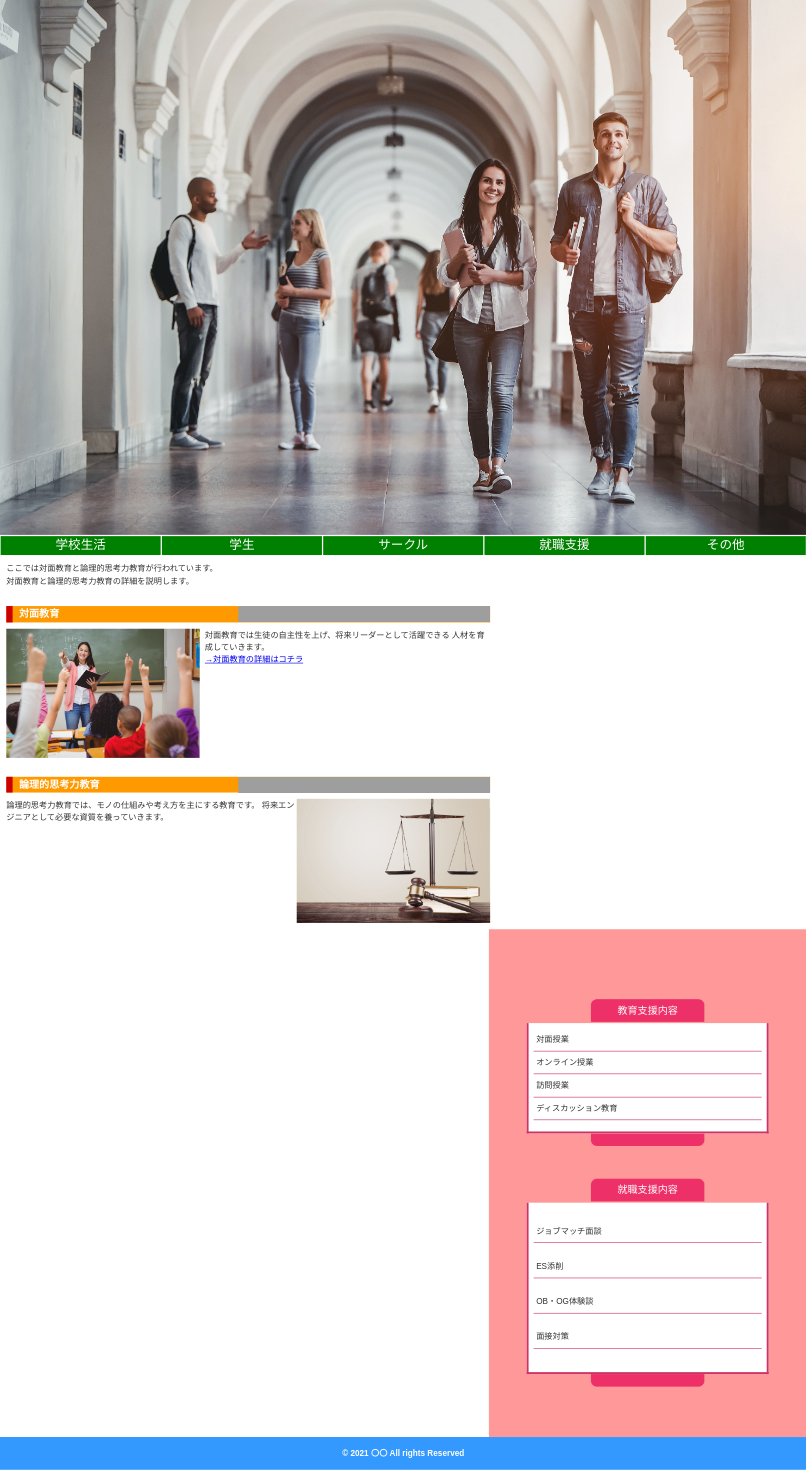
Repository: Ossan-gon/samurai_HTML-CSS
Page: home.html
The author's editor kept a record of every edit. The page is drawn from the files as they stood at one moment, then again after the next edit.
The browser window is 1280 px wide. The pictures show the whole page, at 63% of full size.
Pictures or frames that could not be fetched are drawn as grey boxes.

Above is the page before.

### home.html
<!DOCTYPE html>
<html lang="ja">
<head>
    <meta charset="UTF-8">
    <title>HTML/CSSの練習2</title>
    <link rel="stylesheet" href="stylesheet.css">
    <style>
        #responsive-img {
            height: auto;
            width:80vw;
        }
        header {
            background-color: red;
        }
        .size {
            position: relative;
            top: -5px;
        }
        .sort {
            display: inline-block;
        }
    </style>
</head>
 <body class="size">
  <div id="wrapper">
   <div id="header">
      <h1><a href="index.html"> <img id="corridor" src="images/corridor.jpg" alt="大学の廊下" /></a></h1>
   </div>
    <div  id="nav">
    　 <ul>
        <li><a href="home.html">学校生活</a></li>
        <li><a href="#">学生</a></li>
        <li><a href="#">サークル</a></li>
        <li><a href="#">就職支援</a></li>
        <li><a href="#">その他</a></li>
       </ul>
    </div>
    <div id="container">
        <div id="main">
            <div class="post">
                <p>ここでは対面教育と論理的思考力教育が行われています。<br/>対面教育と論理的思考力教育の詳細を説明します。</p>
            </div>
            <div class="post clearfix">
                <h2>対面教育</h2>
                <img class="left" src="images/classroom.jpg" alt="授業風景" />
                <p>
                    対面教育では生徒の自主性を上げ、将来リーダーとして活躍できる
                    人材を育成していきます。
                </p>
                <p><a href="#">→対面教育の詳細はコチラ</a></p>
            </div class="post clearfix">
                <h2>論理的思考力教育</h2>
                <img class="right" src="images/scale.jpg" alt="天秤" />
                <p>
                    論理的思考力教育では、モノの仕組みや考え方を主にする教育です。
                    将来エンジニアとして必要な資質を養っていきます。
                </p>
        </div>
       <div id="side">
           <div class="box">
               <h2>教育支援内容</h2>
                    <div class="boxBody">
                        <ul>
                            <li>対面授業</li>
                            <li>オンライン授業</li>
                            <li>訪問授業</li>
                            <li>ディスカッション教育</li>
                        </ul>
                    </div>
           </div>
           <div class="box">
               <h2>就職支援内容</h2>
                    <div class="boxBody">
                        <ul>
                    　　  <li>ジョブマッチ面談</li>
                    　　  <li>ES添削</li>
                    　　  <li>OB・OG体験談</li>
                    　　  <li>面接対策</li>
                        </ul>
                　　</div>
           </div>

       </div>
    </div>
 </div>
  <div id="footer">
  <p>&copy; 2021 〇〇 All rights Reserved</p>
 </div>
 </body>
</html>

### stylesheet.css
@charset "utf-8";

/*-------------bodu部分-------------------------------------------------------------------------------------------------------*/
body {
      margin: 0;
      padding: 0;
      font-family: "ヒラギノ角ゴ Pro W3", "Hiragino Kaku Gothic Pro", "メイリオ","Meiryo, Osaka", "ＭＳ Ｐゴシック", "MS PGothic", sans-serif;
      color: #333;
      font-size: 13px;
      line-height: 150%;
}

/*---------------wrapper部分--------------------------------------------------------------------------------------------------*/
#wrapper {
    width: 100%;
    margin: 0;
    padding: 0px;
    border: 0px;
    background-color: #FFF;
    top: 0px;
    position: relative;
}
/*-----------headerサイズ部分---------------------------------------*/
#header {
 	width: 100%;
 }
 #header h1 {
 	 margin: 0;
 	 margin-bottom: -20px;
	 padding: 0;
}

 #corridor {
	 width: 100%;
	 height: auto;
}
/*----------footer--------------------------------------------*/
#footer {
    clear: both;
    width: 100%;
    padding: 3px 0 3px 0;
    background: #39F;
    color: #FFF;
    font-weight: bold;
    text-align: center;
}
/*------------nav---------------------------------------------*/
#nav {
    width: 100%;
}

#nav ul {
    margin: 0;
    padding: 0;
    list-style-type: none;
}

#nav ul li {
    float: left;
    width: 20%;
    text-align: center;
}

#nav ul li a {
    display: block;
    height: 20px;
    margin: 1px;
    padding: 5px;
    color: #FFF;
    font-size: 20px;
    text-decoration: none;
    background-color: green;

}

#nav ul li a:hover {
    filter: drop-shadow(10px 10px 10px black);
}
/*-------------container-------------------------------------------------*/
#container {
    width: 100%;
    margin: auto;
    padding: auto;
    padding-top: 1px;
    clear: both;
}
/*---------------main-----------------------------------------------------*/
#main {
    float: left;
    width: 60%;
    padding: 10px 30px 10px 10px;
}

#main h2{
    margin: 0 0 10px 0;
    padding: 3px 10px 3px 10px;
    color: #FFF;
    font-size: 16px;
    border-left: solid 10px #C00;
    background: #F90 url(../images/main_h2.jpg) right top repeat-y;
}

#main p{
    margin: 0;
    padding: 0;
}

#main .post{
    margin: 0 0 30px 0;
}

#main .post img.right {
    margin: 0 0 0 8px;
}

#main .post img.left {
    margin: 0 8px 0 0;
}

.right {
    float: right;
    width: 40%;
    height: auto;
}

.left {
    float: left;
    width: 40%;
    height: auto;
}
/*-----------clearfix-----------------------------------*/
.clearfix {
    zoom: 1;
}

.clearfix:after {
    content: "";
    display: block;
    clear: both;
}
/*-----------------------side-----------------------------*/
#side {
    float: right;
    width: 30%;
    padding: 60px;
    background-color: #F99;
}
#side .box {
    margin: 0 0 20px 0;
    padding: 0 0 20px 0;
    background: url(images/side_box.png) bottom no-repeat;
}
#side .box h2 {
    margin-top: 50px;
    margin-bottom: 0px;
    padding: 10px;
    text-align: center;
    color: #fff;
    font-size: 16px;
    font-weight: normal;
    background: url(images/side_box_h2.png) center no-repeat;
}
#side .box .boxBody {
    margin: 0px;
    padding: 8px;
    border-right: solid 3px #C36;
    border-bottom: solid 3px #C36;
    border-left: solid 3px #C36;
    background: #fff;
}
#side .box .boxBody ul{
    margin: 0 0 10px 0;
    padding: 0;
}
#side .box .boxBody ul li {
    padding: 8px 0 8px 4px;
    list-style: none;
    border-bottom: solid 1px #C36;
}
#side .box .boxbody ul li:hover {
    padding: 8px 0 8px 4px;
    list-style: none;
    border-bottom: solid 1px #C36;
    box-shadow: 0px 4px 4px rgba(0, 0, 0, 0.3);
}

After the next edit:
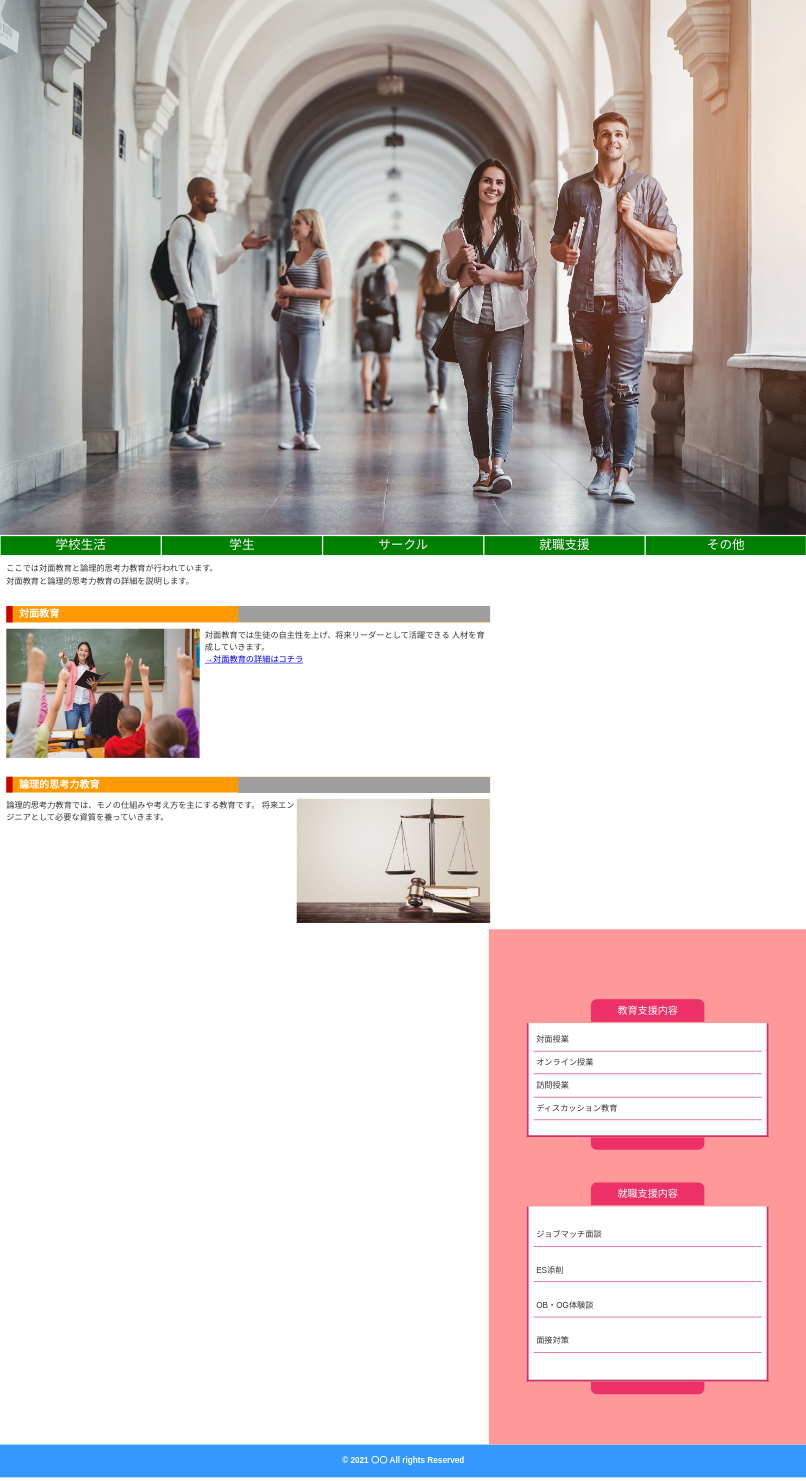
The edit:
--- a/stylesheet.css
+++ b/stylesheet.css
@@ -169,7 +169,7 @@
     background: #fff;
 }
 #side .box .boxBody ul{
-    margin: 0 0 10px 0;
+    margin: 0 0 16px 0;
     padding: 0;
 }
 #side .box .boxBody ul li {
